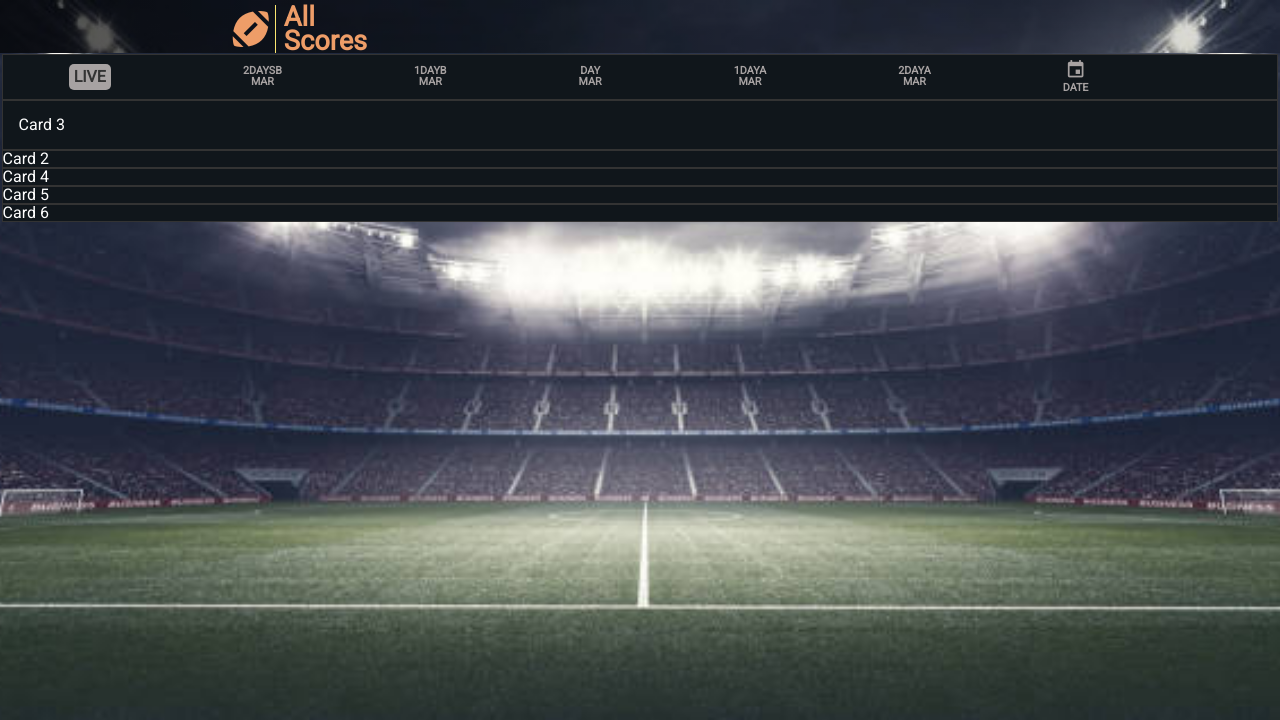
Repository: boomshakar/AllScores
Page: index.html
These files come from the project's save history. The page is drawn as it stood at one moment and after the next save; the edit follows.
The browser window is 1280 px wide. The pictures show the whole page.
The style sheet was rebuilt from its Sass, Less or Tailwind sources for each picture, by a compiler version that may differ from the author's.

Above is the page before, as saved 2021-03-30 03:38:06.

After the next save:
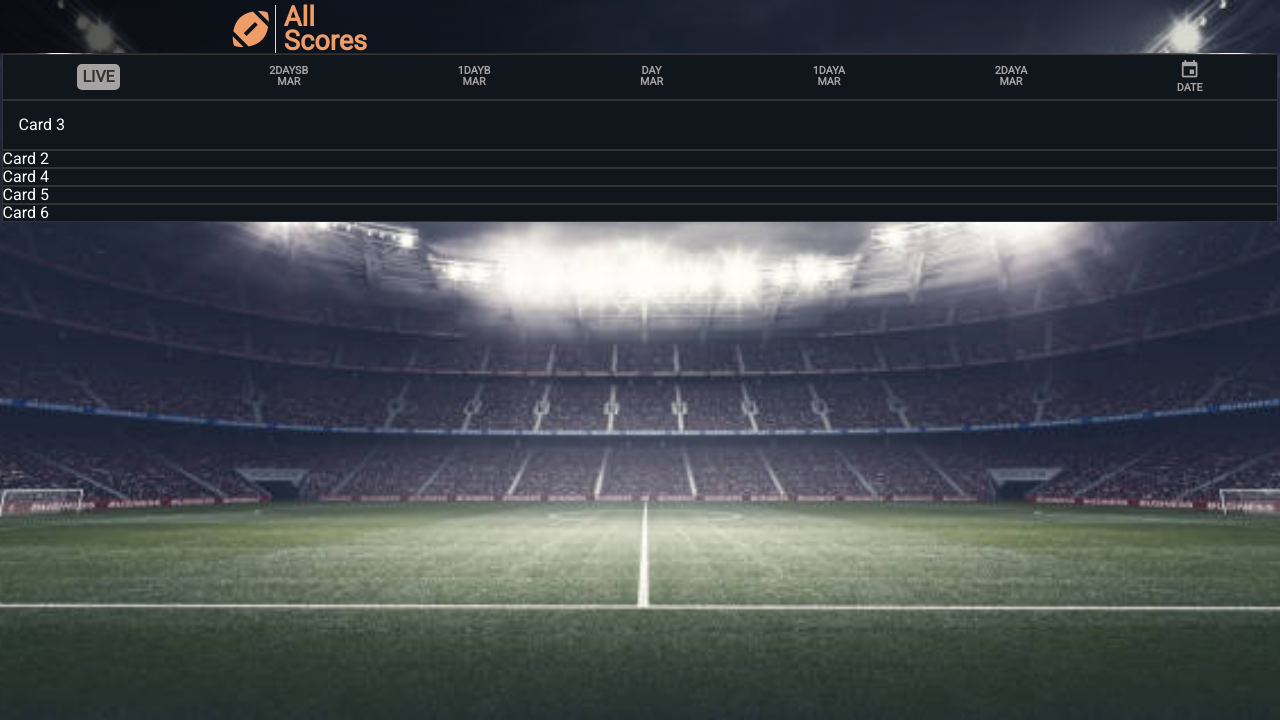
Saved 16 s later.
--- a/scss/_home.scss
+++ b/scss/_home.scss
@@ -16,7 +16,7 @@
         display: flex;
         flex-direction: row;
         justify-content: space-around;
-        width: 90vw;
+
         &__link {
           color: $text-color2;
           padding: 0.3rem 1.13rem;
